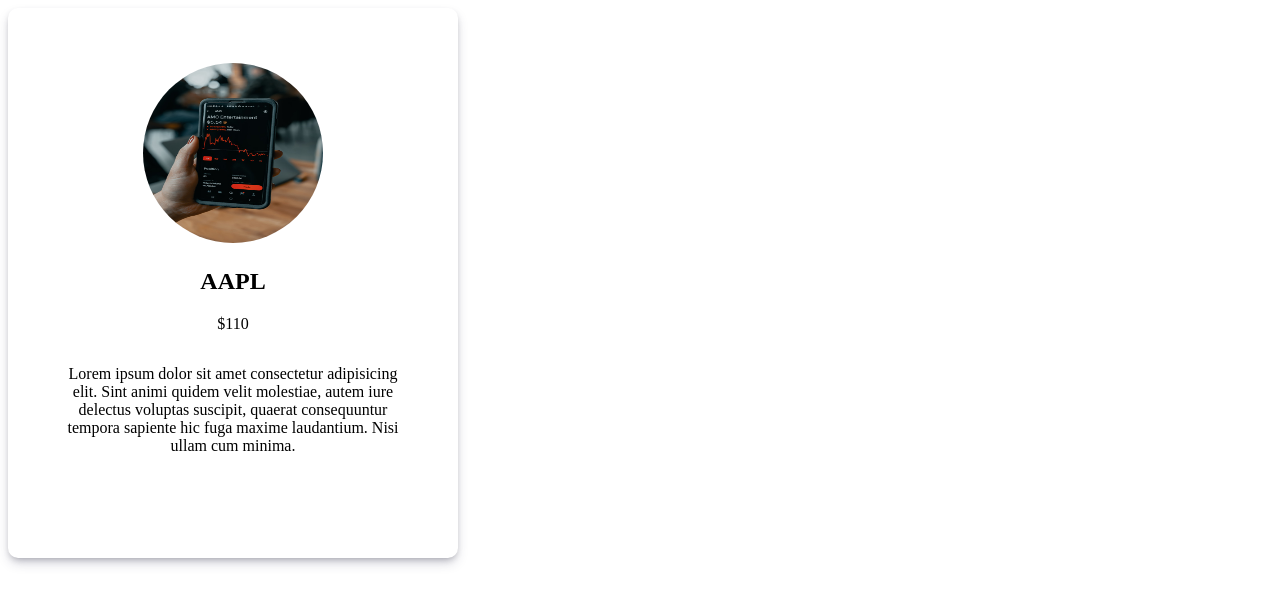
Repository: sinarinzifabrice/TradeTiger
Page: / (app in frontend/)
These files come from the project's save history. The page is drawn as it stood at one moment and after the next save; the edit follows.
The browser window is 1280 px wide. The pictures show the whole page.
The project was rebuilt for these pictures with package versions that can differ from the ones it lists, and the page was loaded fresh each time. Also part of the build but not shown: frontend/src/index.css.

Above is the page before, as saved 2024-04-02 14:15:39.

After the next save:
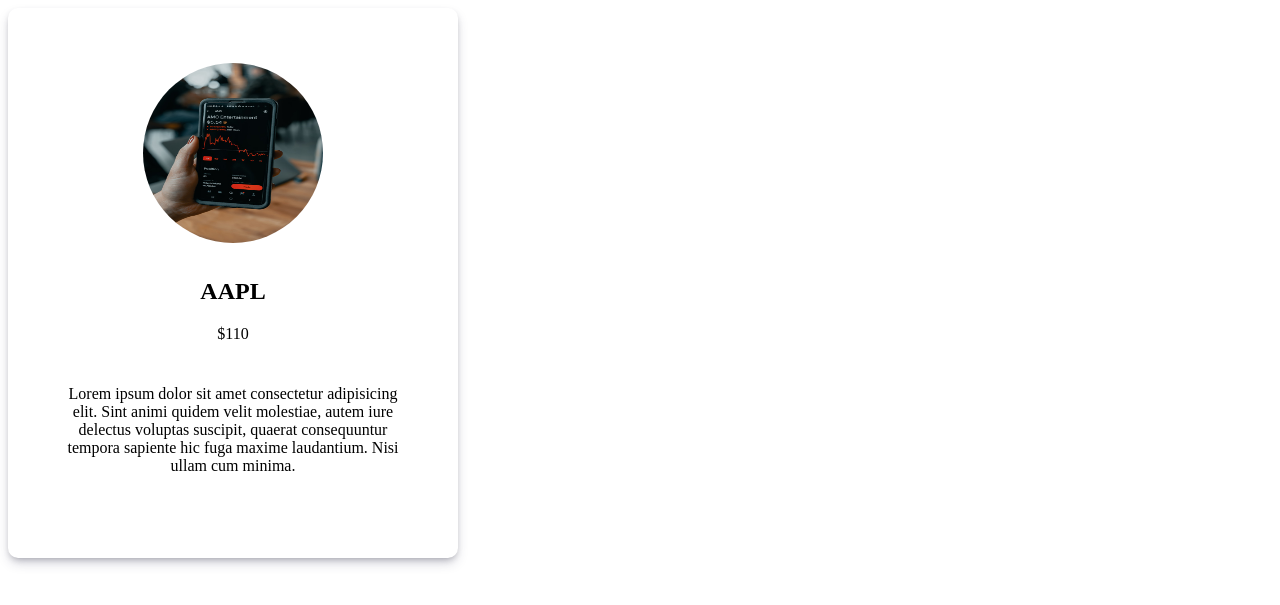
Saved 17 s later.
--- a/frontend/src/App.css
+++ b/frontend/src/App.css
@@ -18,3 +18,16 @@
   border-radius: 50%;
   margin: 5px;
 }
+
+.card .details {
+  margin: 10px;
+}
+
+.card .details h2 {
+  font-weight: 600;
+}
+
+.card .details p {
+  text-transform: uppercase;
+  font-weight: 300;
+}
